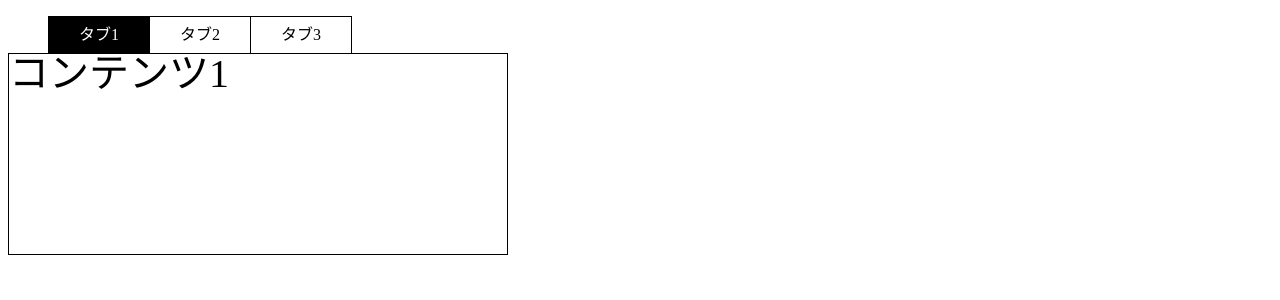
Repository: masanarimiura/20220512-
Page: index.html
An editor plug-in stored every save of this project. The page is shown before and after a run of saves, followed by the edit.
The browser window is 1280 px wide. The pictures show the whole page.

Above is the page before, as saved 2022-05-12 17:38:02.

### index.html
<!DOCTYPE html>
<html lang="ja">

<head>
  <meta charset="UTF-8">
  <meta http-equiv="X-UA-Compatible" content="IE=edge">
  <meta name="viewport" content="width=device-width, initial-scale=1.0">
  <title>Document</title>
  <link rel="stylesheet" href="css/reset.css">
  <link rel="stylesheet" href="css/style.css">
</head>

<body>

  <div class="tab">
    <ul class="tab-menu">
      <li class="tab-menu__item active">タブ1</li>
      <li class="tab-menu__item">タブ2</li>
      <li class="tab-menu__item">タブ3</li>
    </ul>
    <div class="tab-content">
      <div class="tab-content__item show">コンテンツ1</div>
      <div class="tab-content__item">コンテンツ2</div>
      <div class="tab-content__item">コンテンツ3</div>
    </div>
  </div>

  <script src="js/main.js"></script>
</body>

</html>

### css/reset.css
let’sstartwith the complete CSS stylesheet:

/*
html5doctor.com Reset Stylesheet
v1.6.1
Last Updated: 2010-09-17
Author: Richard Clark - http://richclarkdesign.com
Twitter: @rich_clark
*/ html,
  body, div, span, object, iframe, h1, h2, h3, h4, h5, h6, p, blockquote, pre,
  abbr, address, cite, code, del, dfn, em, img, ins, kbd, q, samp, small, strong,
  sub, sup, var, b, i, dl, dt, dd, ol, ul, li, fieldset, form, label, legend,
  table, caption, tbody, tfoot, thead, tr, th, td, article, aside, canvas,
  details, figcaption, figure, footer, header, hgroup, menu, nav, section,
  summary, time, mark, audio, video {
  margin: 0;
  padding: 0;
  border: 0;
  outline: 0;
  font-size: 100%;
  vertical-align: baseline;
  background: transparent;
}

body {
  line-height: 1;
}

article,
aside,
details,
figcaption,
figure,
footer,
header,
hgroup,
menu,
nav,
section {
  display: block;
}

nav ul {
  list-style: none;
}

blockquote,
q {
  quotes: none;
}

blockquote:before,
blockquote:after,
q:before,
q:after {
  content: "";
  content: none;
}

a {
  margin: 0;
  padding: 0;
  font-size: 100%;
  vertical-align: baseline;
  background: transparent;
}

/* change colours to suit your needs */
ins {
  background-color: #ff9;
  color: #000;
  text-decoration: none;
}

/* change colours to suit your needs */
mark {
  background-color: #ff9;
  color: #000;
  font-style: italic;
  font-weight: bold;
}

del {
  text-decoration: line-through;
}

abbr[title],
dfn[title] {
  border-bottom: 1px dotted;
  cursor: help;
}

table {
  border-collapse: collapse;
  border-spacing: 0;
}

/* change border colour to suit your needs */
hr {
  display: block;
  height: 1px;
  border: 0;
  border-top: 1px solid #cccccc;
  margin: 1em 0;
  padding: 0;
}

input,
select {
  vertical-align: middle;
}

### css/style.css
.tab {
  width: 500px;
}
.tab-menu {
  display: flex;
  margin-bottom: 0;
}
.tab-menu__item {
  text-align: center;
  padding: 10px 0;
  cursor: pointer;
  list-style: none;
  width: 100px;
  border-top: 1px solid #000;
  border-left: 1px solid #000;
  border-right: 1px solid #000;
}
.tab-menu__item:not(:first-child) {
  border-left: none;
}
.tab-menu__item.active {
  background: #000;
  color: white;
}
.tab-content {
  height: 200px;
  border: 1px solid #000;
}
.tab-content__item {
  display: none;
  font-size: 40px;
}
.tab-content__item.show {
  display: block;
}

### js/main.js
const tabs = document.getElementsByClassName('tab-menu__item');
//tabs は class名 tab-menu__item の呼び出し機能の名前
for (let i = 0; i < tabs.length; i++) {
  //for で繰り返す。i をletで変数にして、０からi<tabs.lengthになるまで、i++で１ずつ足していく。tabs.lengthは、tabs の要素の数なので、const tabs = document.getElementsByClassName('tab-menu__item'); からHTMLのclass名 tab-menu__item の数で３つ。
  tabs[i].addEventListener('click', tabSwitch);
}
function tabSwitch() {
  //fabSwitchっていう関数をつくりますって宣言。
  document.getElementsByClassName('active')[0].classList.remove('active');
  //document.getElementsByClassName('active')[0] でクラス名 active の[0]番目を呼び出す。[0]は１番最初の要素ってこと。.classList.remove('active'); でactive で呼び出した クラス名から active を remove する。
  this.classList.add('active');
  //ここのthisは、呼びだされた原因の.の前のオブジェクトを指すため、クリックでtabSwitchを起動した関数のtabs[i].addEventListener('click', tabSwitch);のtabs[i]の値をもらうため、クリックされた[i]つまりクリックされ項目にactiveのクラスを足す。
  document.getElementsByClassName('show')[0].classList.remove('show');
  //上のクラス名 show でやる.
  const arrayTabs = Array.prototype.slice.call(tabs);
  const index = arrayTabs.indexOf(this);
  //this は tabs[i]?
  document.getElementsByClassName('tab-content__item')[index].classList.add('show');
  //上のクラス名 showでやる。
};

After the next 2 saves:
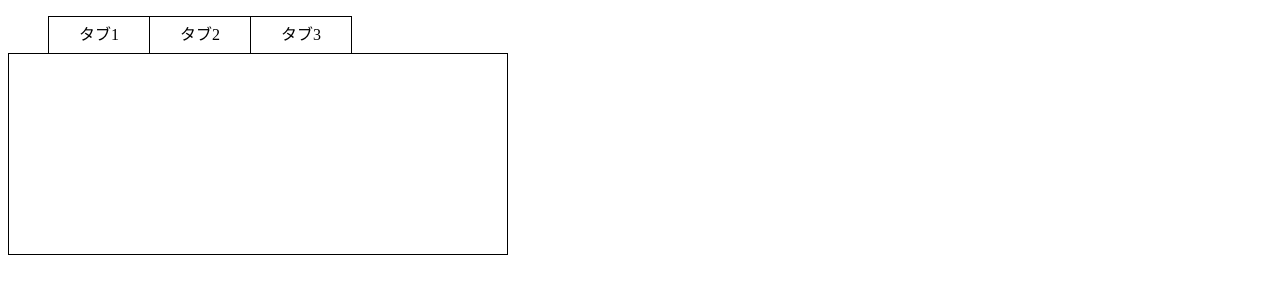
The 2 saves are shown as one change because they came seconds apart.
The last was saved 7 min 24 s later.
--- a/css/style.css
+++ b/css/style.css
@@ -18,7 +18,7 @@
 .tab-menu__item:not(:first-child) {
   border-left: none;
 }
-.tab-menu__item.active {
+.tab-menu__item .active {
   background: #000;
   color: white;
 }
@@ -30,6 +30,6 @@
   display: none;
   font-size: 40px;
 }
-.tab-content__item.show {
+.tab-content__item .show {
   display: block;
 }

After the 2 saves that followed:
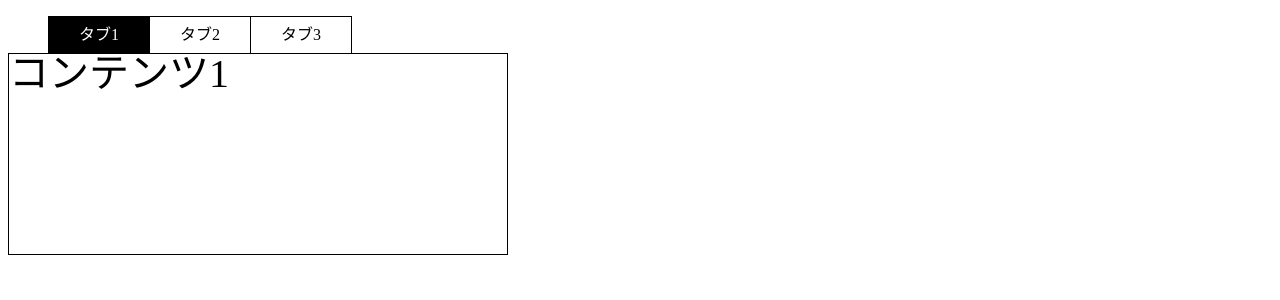
The 2 saves are shown as one change because they came seconds apart.
The last was saved 15 s later.
--- a/css/style.css
+++ b/css/style.css
@@ -18,7 +18,7 @@
 .tab-menu__item:not(:first-child) {
   border-left: none;
 }
-.tab-menu__item .active {
+.tab-menu__item.active {
   background: #000;
   color: white;
 }
@@ -30,6 +30,6 @@
   display: none;
   font-size: 40px;
 }
-.tab-content__item .show {
+.tab-content__item.show {
   display: block;
 }
